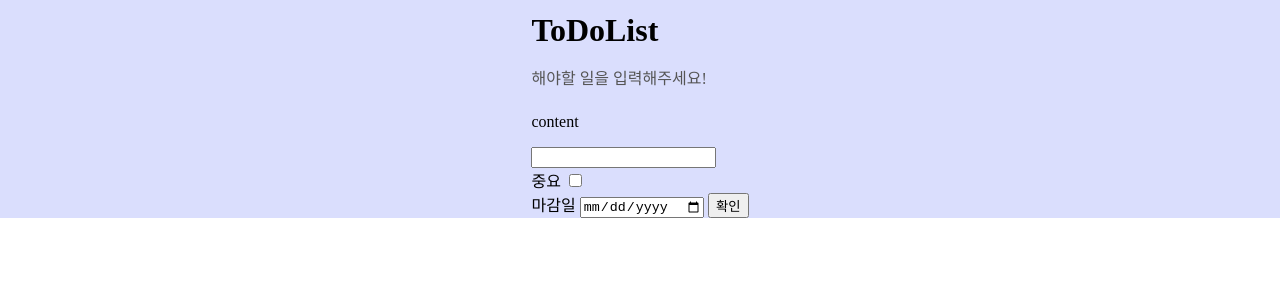
Repository: leesaereum/ToDoList
Page: http://localhost/ToDo/create.jsp
These files come from the project's save history. The page is drawn as it stood at one moment and after the next save; the edit follows.
The browser window is 1280 px wide. The pictures show the whole page.
The page is served by Tomcat 9.

Above is the page before, as saved 2022-03-29 06:33:49.

After the next save:
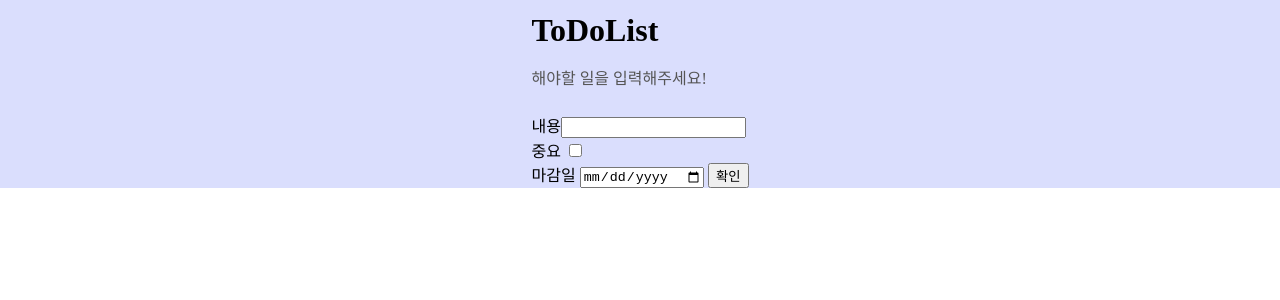
Saved 47 s later.
--- a/ToDo/src/main/webapp/create.jsp
+++ b/ToDo/src/main/webapp/create.jsp
@@ -76,8 +76,7 @@ body{
 <p class="signIn__description">해야할 일을 입력해주세요!</p>
 	<form action="create_list.do" method="get">
 			<div class="signIn_liner">
-			<p class="signIn_subTitle"> content </p>
-			<input type="text" name="content">
+		내용<input type="text" name="content">
 			</div>
 		<div class="signIn_liner">
 		중요 <input type="checkbox" name="isImportant" value = "1">
